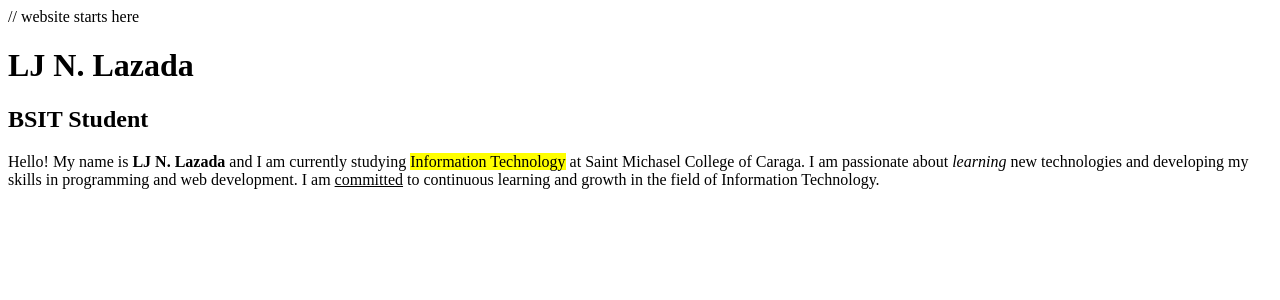
Repository: ljlazada11/myfirsthtml
Page: index.html
The author's editor kept a copy of each file at every save. The page is drawn from the files as they stood at one save, then again after the next save.
The browser window is 1280 px wide. The pictures show the whole page.

Above is the page before, as saved 2026-06-24 18:55:49.

After the next save:
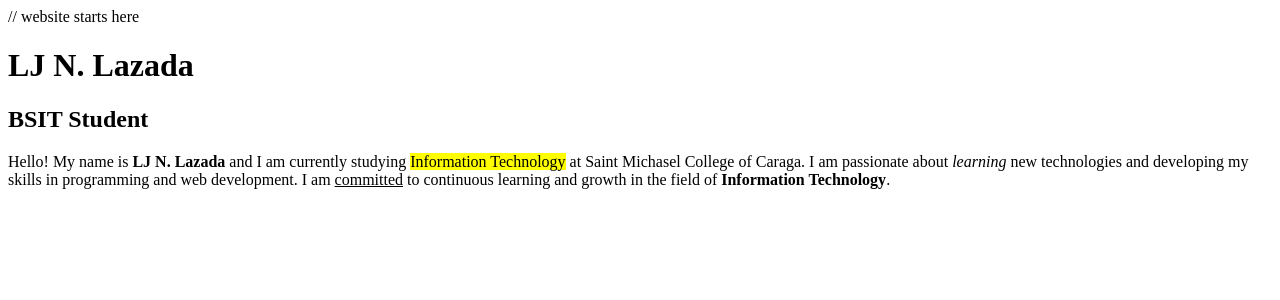
Saved 43 s later.
--- a/index.html
+++ b/index.html
@@ -11,6 +11,6 @@
 <body>
     <h1>LJ N. Lazada</h1>
     <h2>BSIT Student</h2>
-    <p>Hello! My name is <strong>LJ N. Lazada</strong> and I am currently studying <mark>Information Technology</mark> at Saint Michasel College of Caraga. I am passionate about <i>learning</i> new technologies and developing my skills in programming and web development. I am <ins>committed</ins> to continuous learning and growth in the field of Information Technology.</p>
+    <p>Hello! My name is <strong>LJ N. Lazada</strong> and I am currently studying <mark>Information Technology</mark> at Saint Michasel College of Caraga. I am passionate about <i>learning</i> new technologies and developing my skills in programming and web development. I am <ins>committed</ins> to continuous learning and growth in the field of <b>Information Technology</b>.</p>
 </body>
 </html>
